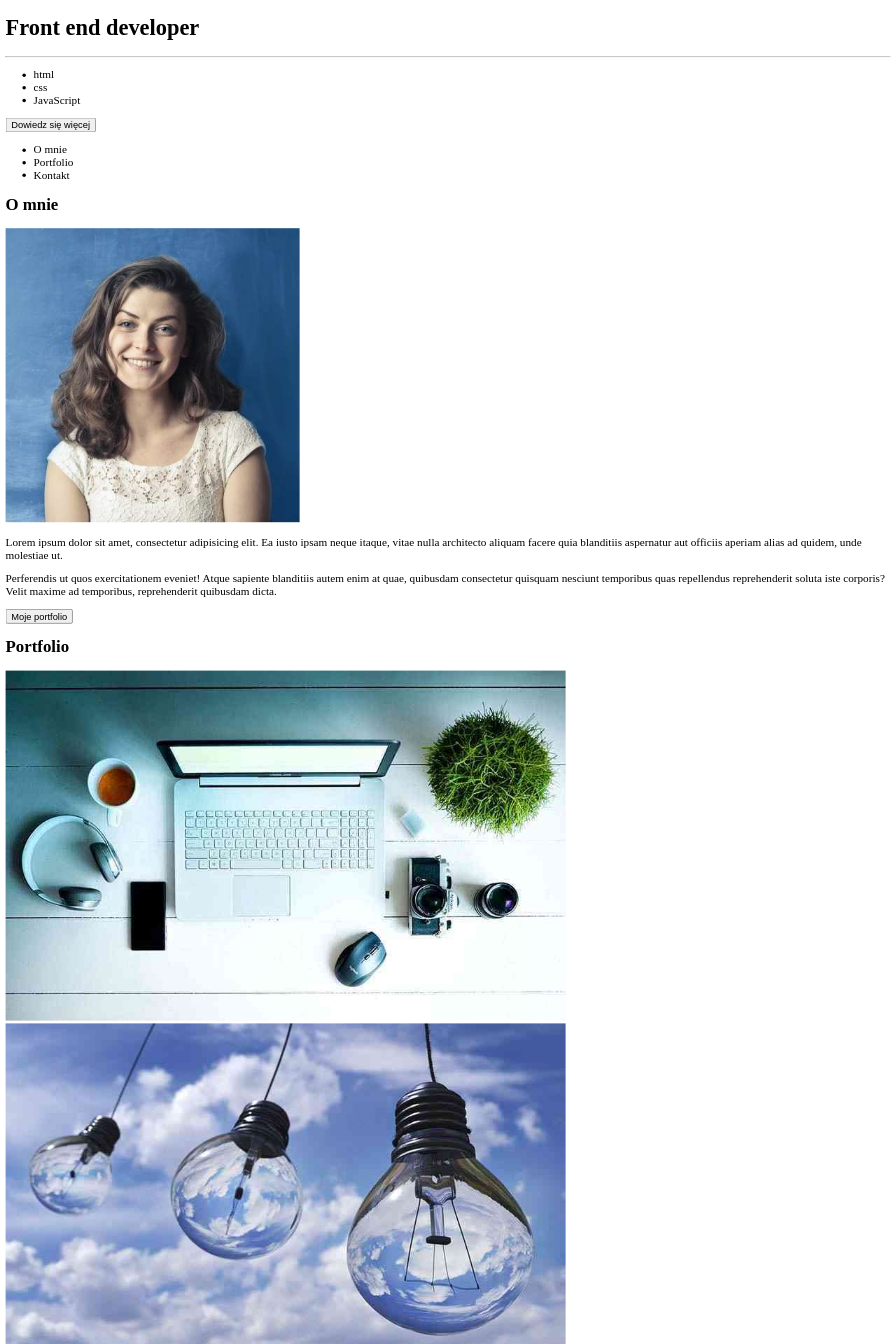
Repository: magdaf41/CSS
Page: zadanie_9/index.html
These files come from the project's save history. The page is drawn as it stood at one moment and after the next save; the edit follows.
The browser window is 1280 px wide. The pictures show the part of the page from y = 0 to 1920 px (the page is 7182 px tall before and 7212 px after), at 70% of full size.

Above is the page before, as saved 2020-08-24 23:00:14.

After the next save:
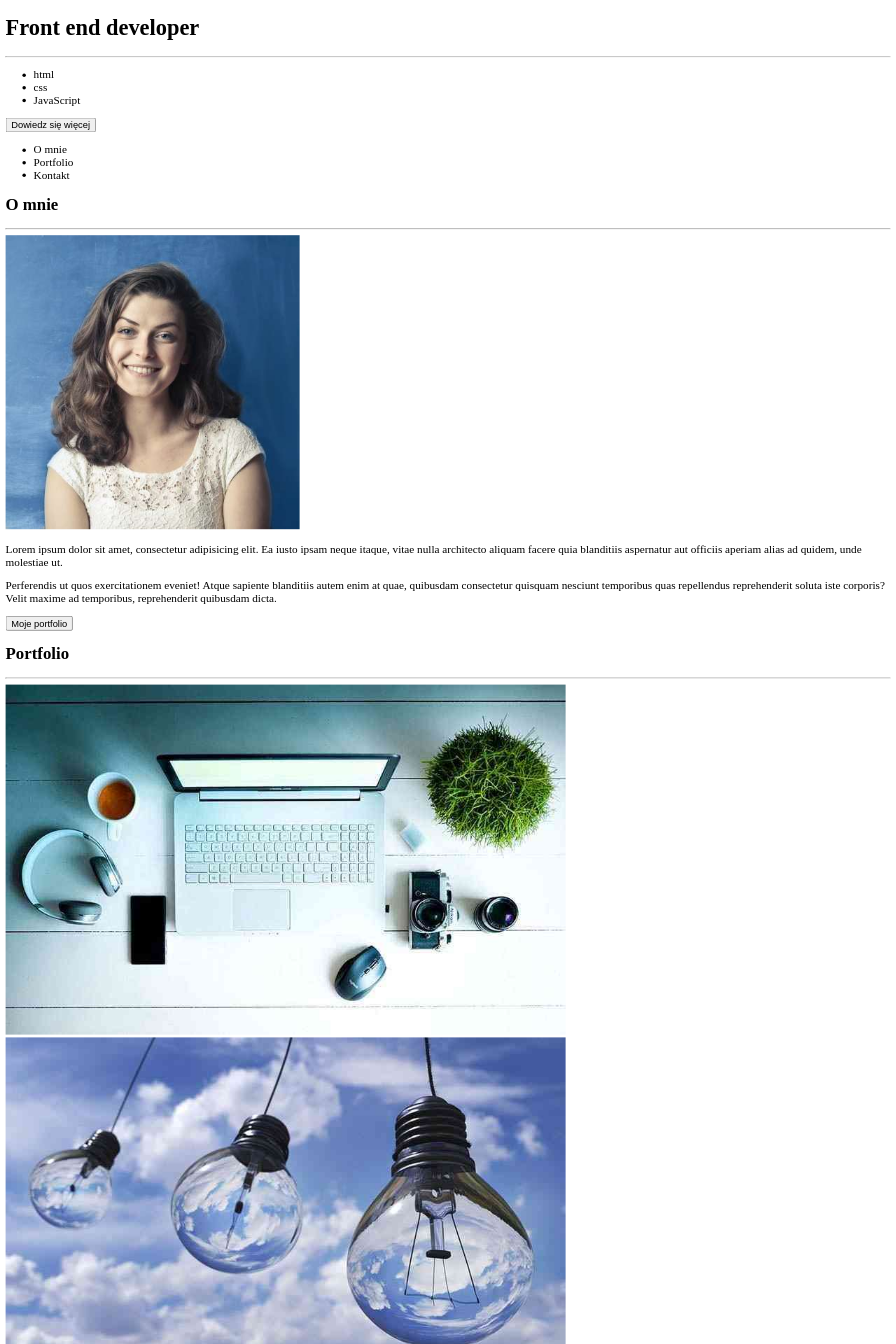
Saved 49 s later.
--- a/zadanie_9/index.html
+++ b/zadanie_9/index.html
@@ -14,7 +14,6 @@
     <header id="header">
         <h1>Front end developer</h1>
         <hr>
-        <div class="line"></div>
         <ul class="skills">
             <li>html</li>
             <li>css</li>
@@ -33,7 +32,7 @@
 
     <section class="aboutMe">
         <h2 class="title">O mnie</h2>
-        <div class="line"></div>
+        <hr>
         <img src="img/about.jpg" alt="moje_zdjęcie">
         <p>Lorem ipsum dolor sit amet, consectetur adipisicing elit. Ea iusto ipsam neque itaque, vitae nulla architecto
             aliquam facere quia blanditiis aspernatur aut officiis aperiam alias ad quidem, unde molestiae ut.</p>
@@ -45,7 +44,7 @@
     </section>
     <section class="portfolio">
         <h2 class="title">Portfolio</h2>
-        <div class="line"></div>
+        <hr>
         <img src="img/portfolio/photo-1.jpg" alt="photo-1">
         <img src="img/portfolio/photo-2.jpg" alt="photo-2">
         <img src="img/portfolio/photo-3.jpg" alt="photo-3">
@@ -62,7 +61,7 @@
 
     <section class="contact"></section>
     <h2 class="title">Kontakt</h2>
-    <div class="line"></div>
+    <hr>
     <form class="form">
         <input type="text" name="name" id="name" placeholder="Imię">
         <input type="email" name="email" id="email" placeholder="Email">
